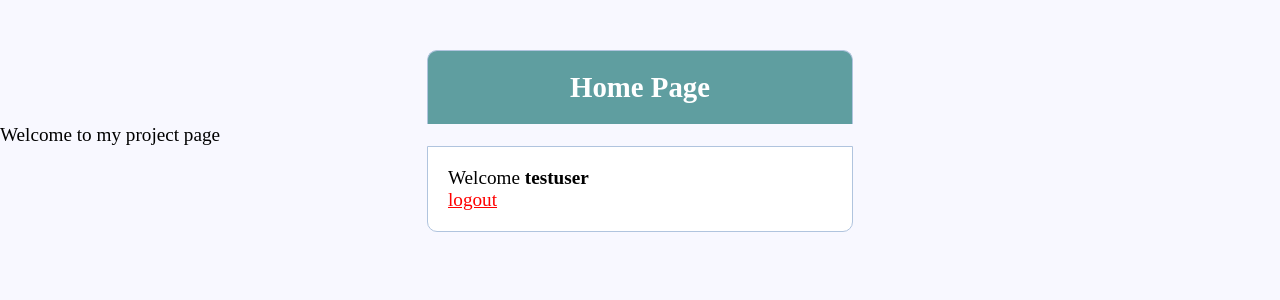
Repository: MrSyntax31/myPage
Page: http://localhost/
These files come from the project's save history. The page is drawn as it stood at one moment and after the next save; the edit follows.
The browser window is 1280 px wide. The pictures show the whole page.
The page is run by PHP 8.4 with error messages shown; the project is at /var/www/html/. The session is filled in as if someone had signed in: {"username": "testuser"}.

Above is the page before, as saved 2022-02-26 16:00:08.

After the next save:
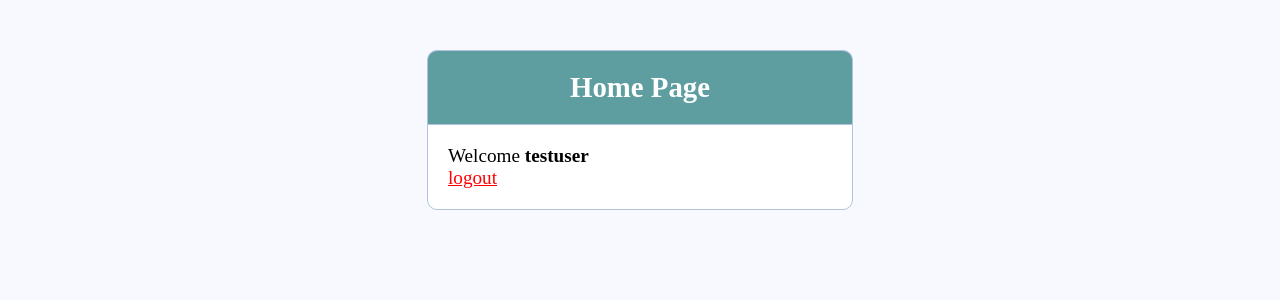
Saved 4 min 0 s later.
--- a/index.php
+++ b/index.php
@@ -22,7 +22,7 @@
 <div class="header">
 	<h2>Home Page</h2>
 </div>
-	Welcome to my project page
+
 <div class="content">
   	<!-- notification message -->
   	<?php if (isset($_SESSION['success'])) : ?>
